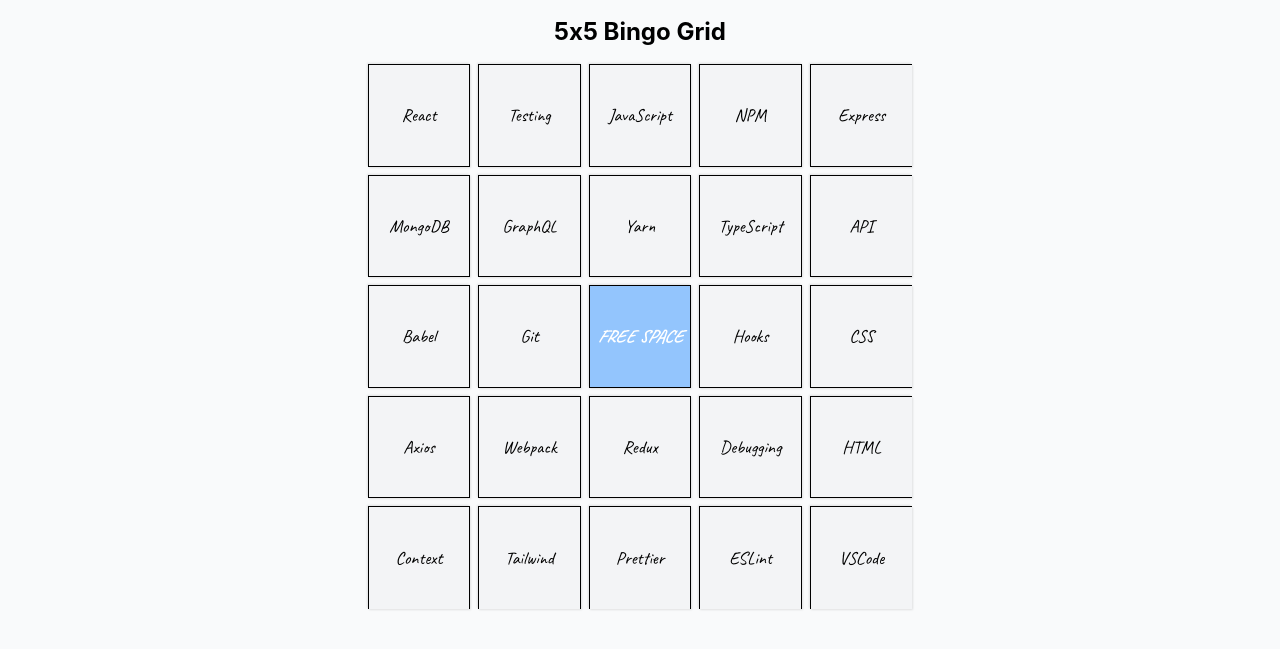
Repository: yassirbn/football-bingo
Page: /
An editor plug-in stored every save of this project. The page is shown before and after the next save, followed by the edit.
The browser window is 1280 px wide. The pictures show the whole page.
The project was rebuilt for these pictures with package versions that can differ from the ones it lists, and the page was loaded fresh each time.

Above is the page before, as saved 2024-11-26 18:05:57.

After the next save:
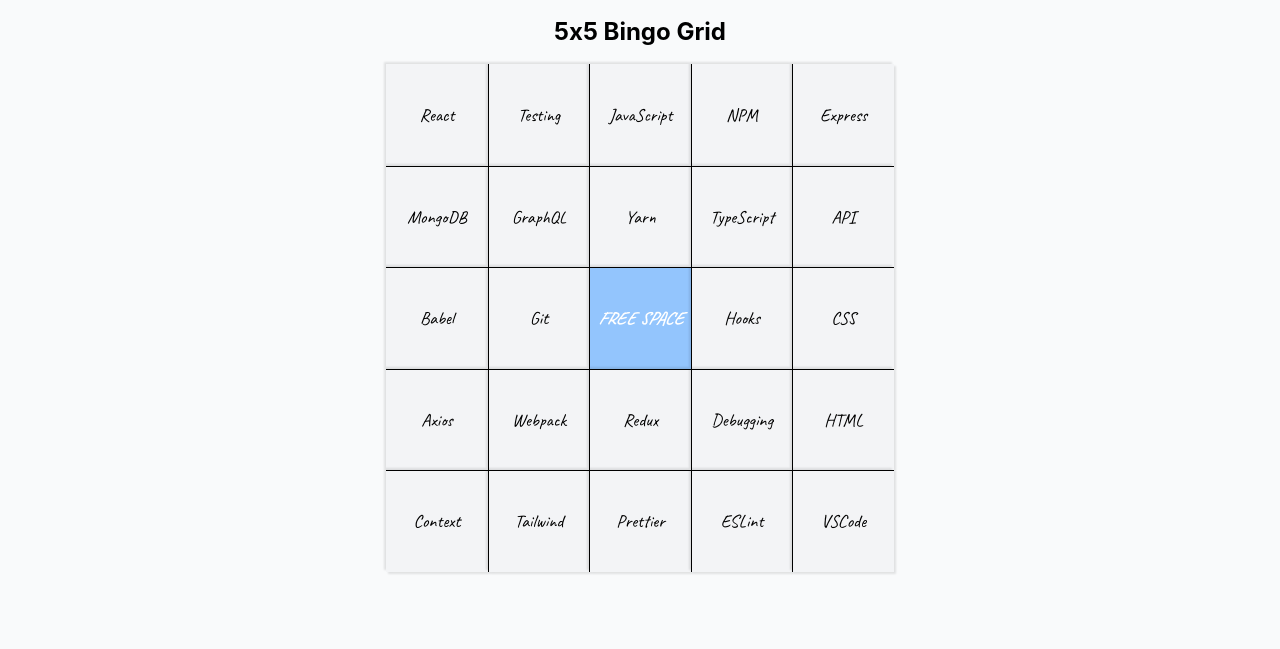
Saved 3 min 14 s later.
--- a/src/component/BingoGrid/BingoGrid.js
+++ b/src/component/BingoGrid/BingoGrid.js
@@ -95,15 +95,15 @@
       {/* Bingo Grid */}
       <h1 className="text-center text-2xl font-bold mb-4">5x5 Bingo Grid</h1>
       <div
-        className="grid gap-2"
+        className="grid gap-0" // Remove gaps between cells
         style={{
-          gridTemplateColumns: `repeat(${gridSize}, minmax(50px, 1fr))`,
+          gridTemplateColumns: `repeat(${gridSize}, 1fr)`,
         }}
       >
         {gridWords.map((word, index) => (
           <div
             key={index}
-            className={`flex items-center justify-center border-0 text-center font-medium aspect-square p-2
+            className={`flex items-center justify-center text-center font-medium aspect-square p-2
               ${
                 selectedCells[index]
                   ? "bg-blue-300 text-white"
@@ -111,16 +111,10 @@
               } ${word === "FREE SPACE" ? "cursor-default" : ""}`}
             onClick={() => handleCellClick(index)}
             style={{
-              // Simulate hand-drawn lines by adding subtle irregularity to grid lines
-              boxShadow: '1px 1px 2px rgba(0,0,0,0.1), -1px -1px 2px rgba(0,0,0,0.1)',
-              borderRight:
-                index % gridSize === gridSize - 1 ? "none" : "1px solid black",
-              borderBottom:
-                Math.floor(index / gridSize) === gridSize - 1
-                  ? "none"
-                  : "1px solid black",
-              borderTop: "1px solid black", // Adding top border for the first row
-              borderLeft: "1px solid black", // Adding left border for the first column
+              // Hand-drawn border effect: using subtle shadows for a wobbly line
+              borderTop: index < gridSize ? "none" : "1px solid black",
+              borderLeft: index % gridSize === 0 ? "none" : "1px solid black",
+              boxShadow: '2px 2px 2px rgba(0,0,0,0.1), -2px -2px 2px rgba(0,0,0,0.1)',
             }}
           >
             <span
